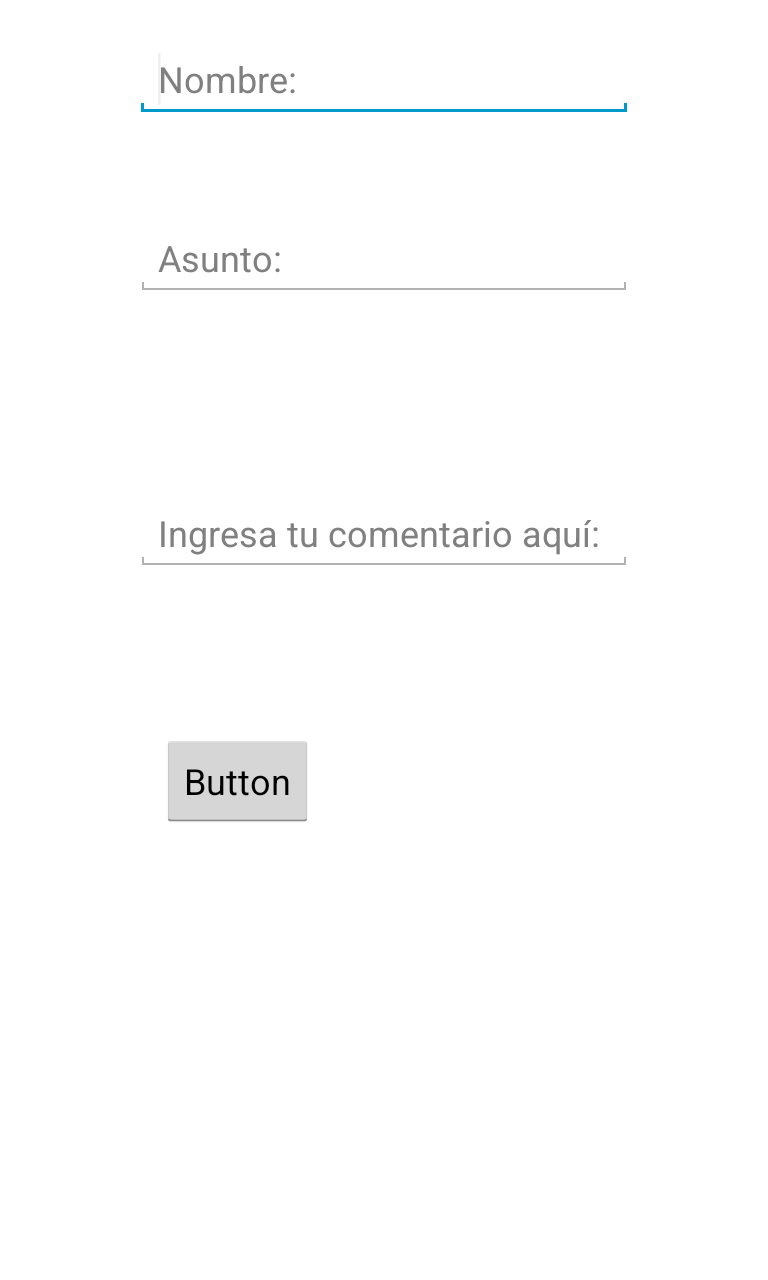
Repository: armandobs94/Dental.App
Layout: AplicacionMovil/DentalApp/Dental.App/res/layout/layout_contacto.xml
These files come from the project's save history. The layout is drawn as it stood at one moment and after the next save; the edit follows.
It is drawn on a 768 x 1280 px phone screen (xhdpi) without system bars, with theme AppTheme; the app's code is not run.

Above is the layout before, as saved 2015-06-13 03:42:48.

After the next save:
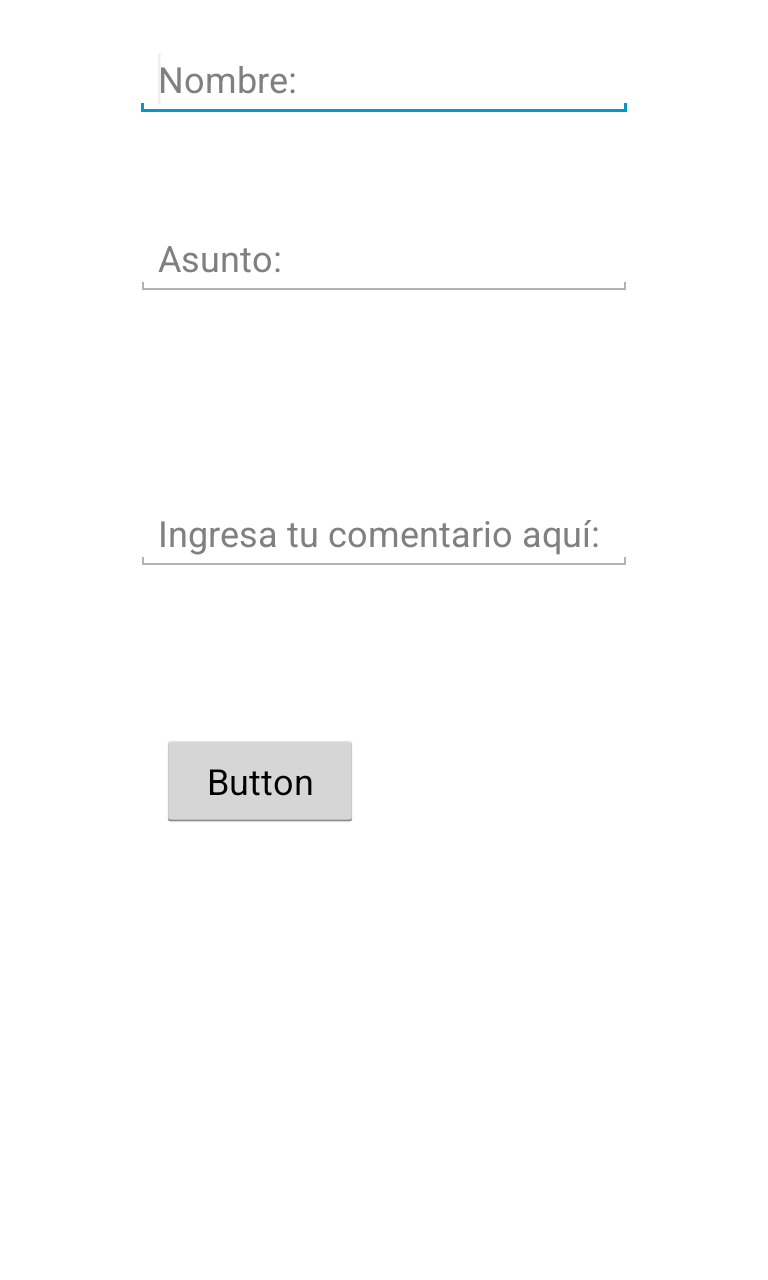
Saved 7 s later.
--- a/AplicacionMovil/DentalApp/Dental.App/res/layout/layout_contacto.xml
+++ b/AplicacionMovil/DentalApp/Dental.App/res/layout/layout_contacto.xml
@@ -52,7 +52,7 @@
             <Button
                 android:id="@+id/button1"
                 android:layout_margin="80dp"
-                android:layout_width="wrap_content"
+                android:layout_width="100dp"
                 android:layout_height="wrap_content"
                 android:text="Button" />
 
